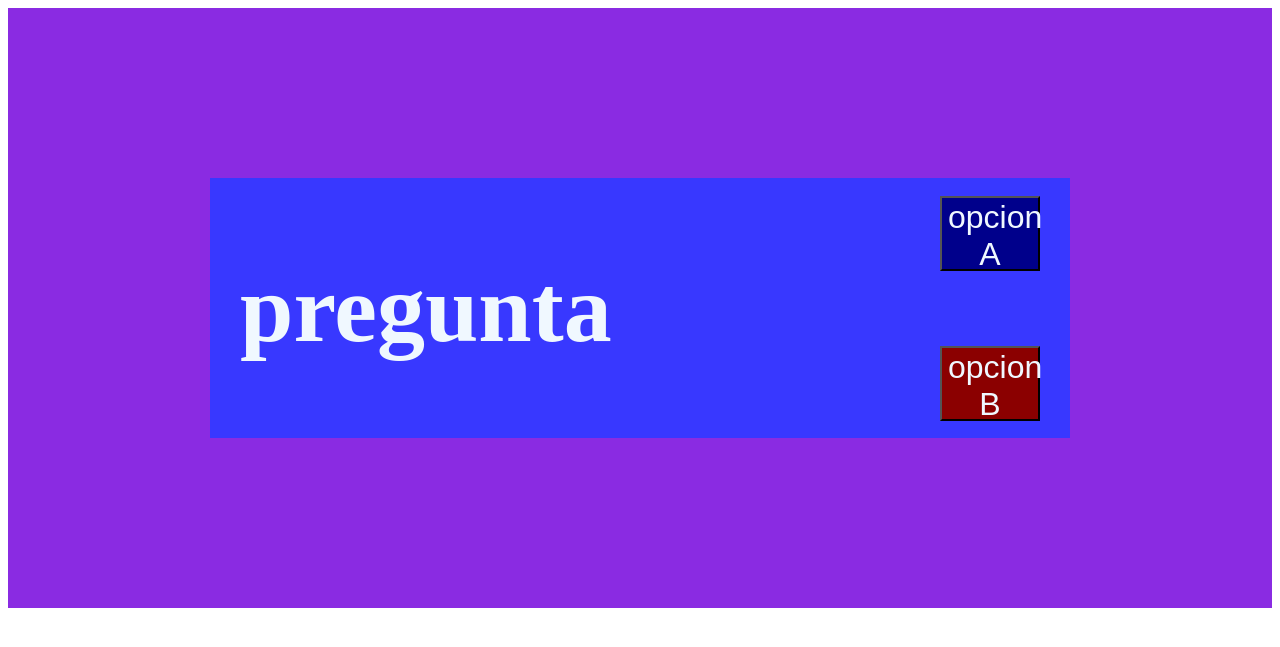
Repository: eschala/Proyecto_Clonaci-n_Kahoot_2023-2
Page: Borrador_Samir_Kahoot_NEW/Prueaba_Validar.html
An editor plug-in stored every save of this project. The page is shown before and after the next save, followed by the edit.
The browser window is 1280 px wide. The pictures show the whole page.

Above is the page before, as saved 2023-11-29 13:07:01.
Console error: TypeError: Cannot set properties of null (setting 'innerHTML')

### Borrador_Samir_Kahoot_NEW/Prueaba_Validar.html
<!DOCTYPE html>
<html lang="en">

<head>
    <meta charset="UTF-8">
    <meta name="viewport" content="width=device-width, initial-scale=1.0">
    <title>Document</title>
    <style>

    </style>
    <link rel="stylesheet" href="stylePrueba.css">

</head>

<body>
    <div class="container">

        <div class="sectionContainer">

            <h1 class="tituloClass">
                pregunta
            </h1>

            <div class="section_Buttons">
                <div class="btn_content"><button type="button" class="btn_1 botones">opcion A</button></div>
                <div class="btn_content"><button type="button" class="btn_2 botones">opcion B</button></div>



            </div>

        </div>

    </div>

    <script src="respuesta_VALIDAR.js"></script>
</body>

</html>

### Borrador_Samir_Kahoot_NEW/stylePrueba.css
.container {

    width: 100%;
    height: 600px;
    background-color: blueviolet;

    display: flex;
    flex-direction: column;

    align-items: center;
    justify-content: center;

}

.sectionContainer {

    height: 200px;
    width: 800px;

    background-color: rgb(56, 56, 255);

    display: flex;
    justify-content: space-between;
    align-items: center;
    color: aliceblue;

    font-size: 3rem;
    padding: 30px;
}

.sub_Container_2 {

    height: 200px;
    width: 800px;

    background-color: red;

    display: flex;

}

.btn_content {
    height: 150px;
    width: 100px;
    display: flex;

    align-items: center;
    justify-content: center;
}

.btn_1 {
    width: 100%;
    height: 50%;

    background-color:darkblue;
}

.btn_2 {
    width: 100%;
    height: 50%;

    background-color:darkred;
}

.botones:hover{

    opacity: 50%;
    cursor: pointer;
}

.botones{

    color:aliceblue;
    font-size: 2rem;
    cursor: pointer;
}

### Borrador_Samir_Kahoot_NEW/respuesta_VALIDAR.js
const element_counterScreen = document.querySelector(".counterScreen");
        const element_counterScreen_2 = document.querySelector(".counterScreen_2");
        const element_botones_1 = document.querySelector(".botones_1");
        const element_botones_2 = document.querySelector(".botones_2");

        let count = 10;
        let clicks = 0;
        let timerSet;

        element_counterScreen.innerHTML = count + "s";

        const activarTiempo = () => {
            element_botones_1.innerHTML="Reiniciar";
            clearInterval(timerSet);
            timerSet = setInterval(contarSegundos, 1000);
        };

        const contarSegundos = () => {
            count--;
            element_counterScreen.innerHTML = count + "s";

            if (count <= 0) {
                activarTiempo();
                element_botones_1.disabled = false;
            } else {
                element_botones_1.disabled = true;
            }

            if (count == 10) {
                element_botones_1.style.display = "none";
            } else {
                element_botones_1.style.display = "block";
            }
            if(count<0){
                element_counterScreen.innerHTML=0+"s";
            }else{
                element_counterScreen.innerHTML = count + "s";

            }
        };

        const contarCLICKS = () => {
            clicks++;
            element_counterScreen_2.innerHTML = clicks + " clicks";
        };

        const reiniciarContador = () => {
            clearInterval(timerSet);
            count = 10;
            element_counterScreen.innerHTML = count + "s";

            if (count == 10) {
                element_botones_1.style.display = "none";
            } else {
                element_botones_1.style.display = "block";
            }

            activarTiempo();
        };

        const detenerContador = () => {
            clearInterval(timerSet);
            element_counterScreen.innerHTML = "Tiempo detenido";
            element_botones_1.style.display = "block";
            element_botones_1.disabled = false;
            element_botones_1.innerHTML="Iniciar";
        };

        element_botones_1.addEventListener("click", reiniciarContador);
        element_botones_1.addEventListener("click", contarCLICKS);
        element_botones_2.addEventListener("click", detenerContador);

        activarTiempo();

After the next save:
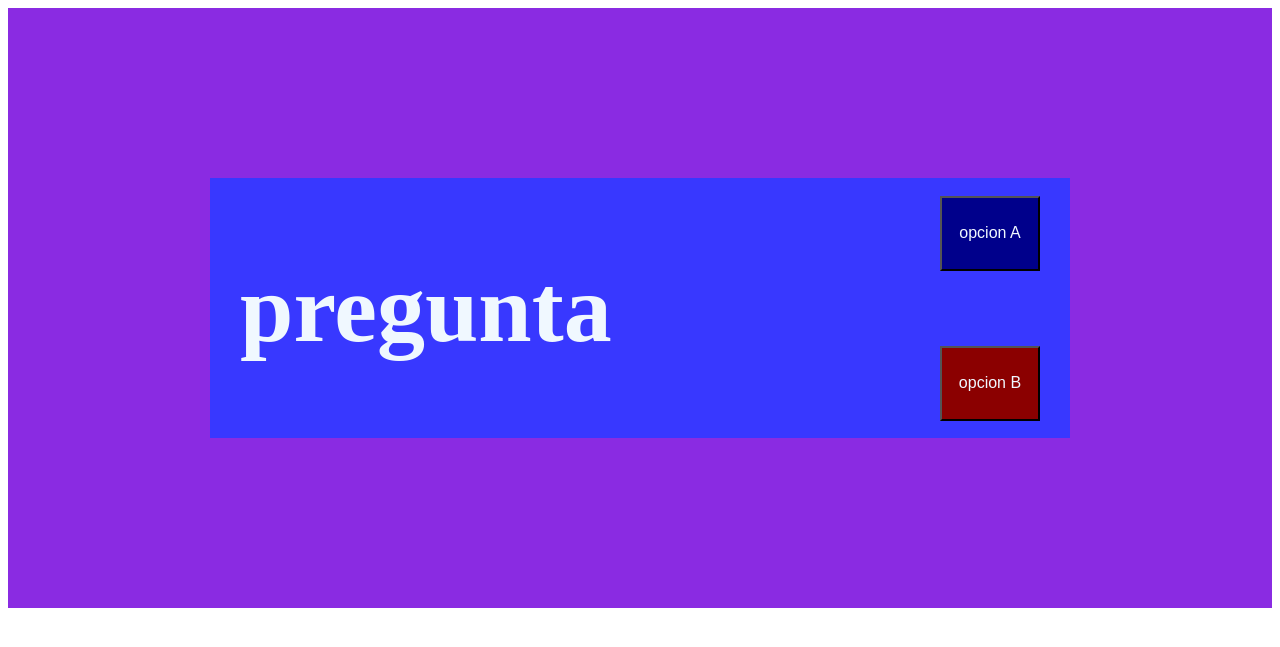
Saved 4 s later.
--- a/Borrador_Samir_Kahoot_NEW/stylePrueba.css
+++ b/Borrador_Samir_Kahoot_NEW/stylePrueba.css
@@ -71,6 +71,6 @@
 .botones{
 
     color:aliceblue;
-    font-size: 2rem;
+    font-size: 1rem;
     cursor: pointer;
 }
